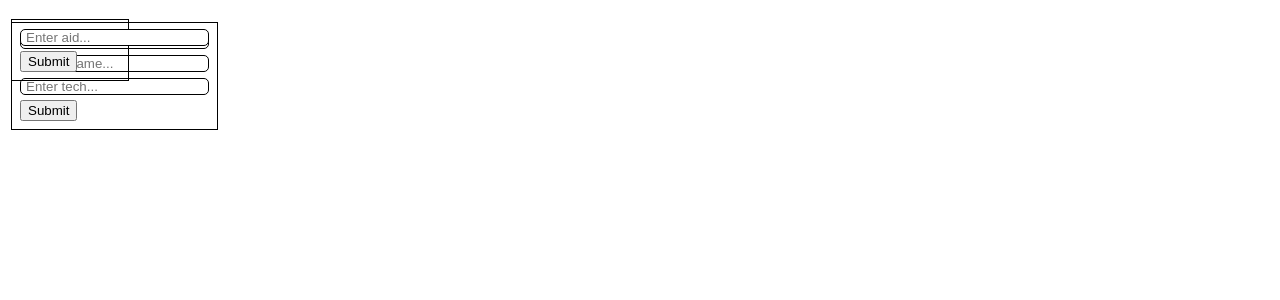
Repository: AtomShareef/Spring-Boot-Basics-Complete
Page: http://localhost/SpringBootJpa/home.jsp
These files come from the project's save history. The page is drawn as it stood at one moment and after the next save; the edit follows.
The browser window is 1280 px wide. The pictures show the whole page.
The page is served by Tomcat 9.

Above is the page before, as saved 2020-12-10 09:48:21.

After the next save:
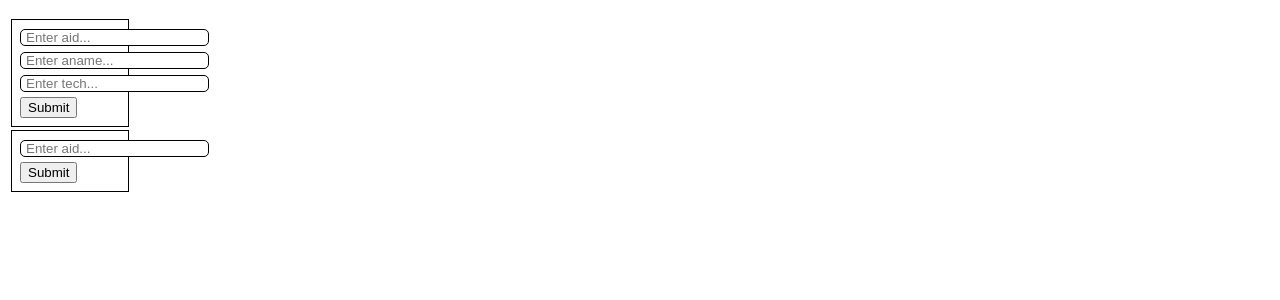
Saved 71 min 54 s later.
--- a/SpringBootJpa/src/main/webapp/home.jsp
+++ b/SpringBootJpa/src/main/webapp/home.jsp
@@ -15,7 +15,6 @@ body {
 div {
 	border: 1px solid;
 	margin: 3px;
-	position: fixed;
 }
 
 form {
